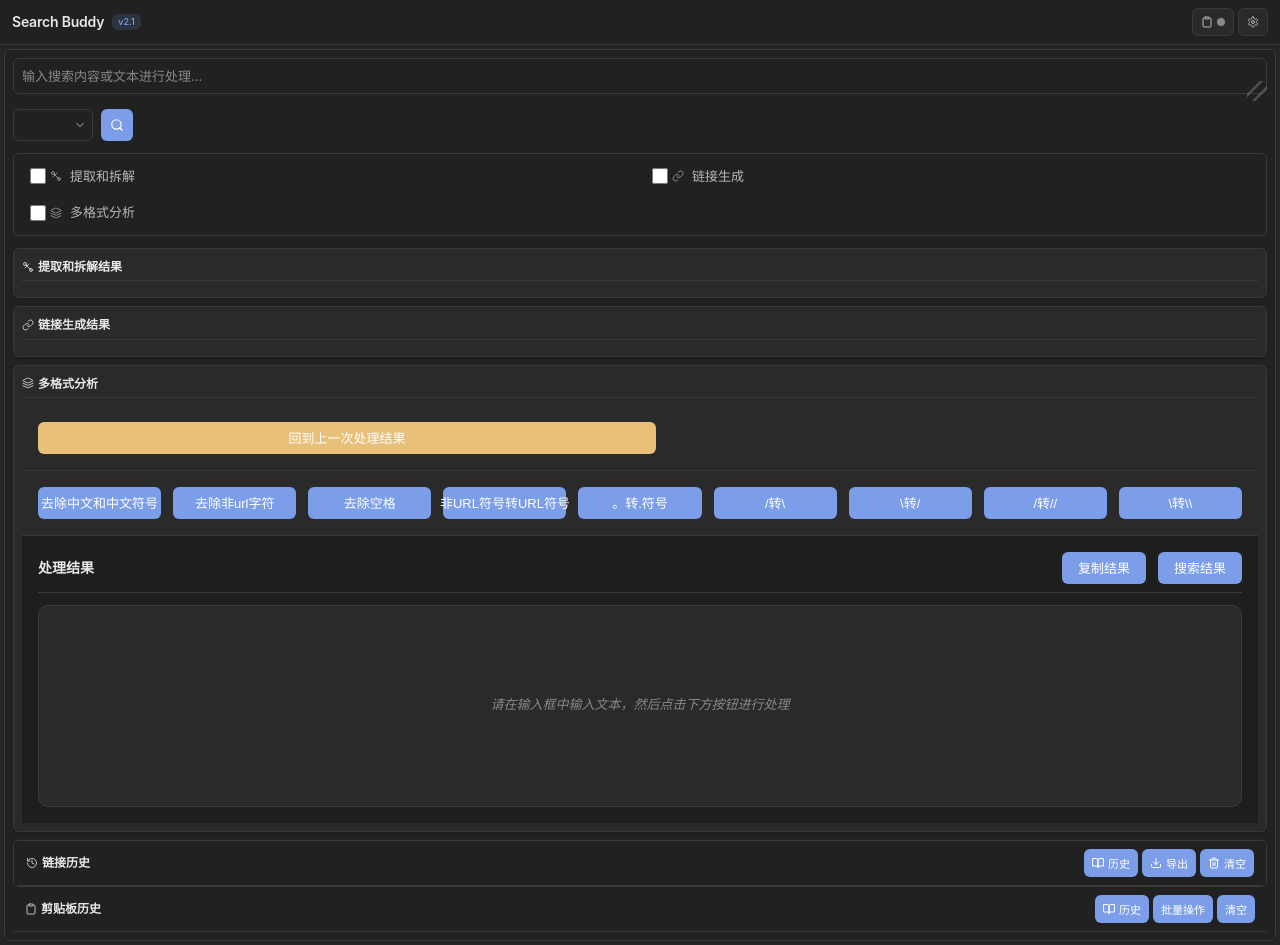
Repository: SantaChains/search-enhance
Page: src/popup/index.html
The author's editor kept a copy of each file at every save. The page is drawn from the files as they stood at one save, then again after the next save.
The browser window is 1280 px wide. The pictures show the whole page.

Above is the page before, as saved 2026-01-24 15:18:17.
Console error: SyntaxError: Identifier 'clearClipboardHistory' has already been declared

### src/popup/index.html
<!DOCTYPE html>
<html lang="zh-CN">
<head>
    <meta charset="UTF-8">
    <meta name="viewport" content="width=device-width, initial-scale=1.0">
    <title>Enhance Search Buddy</title>
    <link rel="stylesheet" href="new-style.css">
</head>
<body>
    <div class="app-container" id="resizable-container">
        <!-- 顶部导航栏 -->
        <header class="header">
            <div class="header-content">
                <h1>Search Buddy</h1>
                <span class="version-badge">v2.1</span>
            </div>
            <div class="header-actions">
                <button id="clipboard-btn" class="header-btn" title="剪贴板监控">
                    <svg xmlns="http://www.w3.org/2000/svg" width="16" height="16" viewBox="0 0 24 24" fill="none" stroke="currentColor" stroke-width="2" stroke-linecap="round" stroke-linejoin="round" class="lucide lucide-clipboard">
                        <rect width="8" height="4" x="8" y="2" rx="1" ry="1"/>
                        <path d="M16 4h2a2 2 0 0 1 2 2v14a2 2 0 0 1-2 2H6a2 2 0 0 1-2-2V6a2 2 0 0 1 2-2h2"/>
                    </svg>
                    <span class="clipboard-status"></span>
                </button>
                <button id="settings-btn" class="header-btn" title="设置">
                    <svg xmlns="http://www.w3.org/2000/svg" width="16" height="16" viewBox="0 0 24 24" fill="none" stroke="currentColor" stroke-width="2" stroke-linecap="round" stroke-linejoin="round" class="lucide lucide-settings">
                        <path d="M12.22 2h-.44a2 2 0 0 0-2 2v.18a2 2 0 0 1-1 1.73l-.43.25a2 2 0 0 1-2 0l-.15-.08a2 2 0 0 0-2.73.73l-.22.38a2 2 0 0 0 .73 2.73l.15.1a2 2 0 0 1 1 1.72v.51a2 2 0 0 1-1 1.74l-.15.09a2 2 0 0 0-.73 2.73l.22.38a2 2 0 0 0 2.73.73l.15-.08a2 2 0 0 1 2 0l.43.25a2 2 0 0 1 1 1.73V20a2 2 0 0 0 2 2h.44a2 2 0 0 0 2-2v-.18a2 2 0 0 1 1-1.73l.43-.25a2 2 0 0 1 2 0l.15.08a2 2 0 0 0 2.73-.73l.22-.39a2 2 0 0 0-.73-2.73l-.15-.08a2 2 0 0 1-1-1.74v-.5a2 2 0 0 1 1-1.74l.15-.09a2 2 0 0 0 .73-2.73l-.22-.38a2 2 0 0 0-2.73-.73l-.15.08a2 2 0 0 1-2 0l-.43-.25a2 2 0 0 1-1-1.73V4a2 2 0 0 0-2-2z"/>
                        <circle cx="12" cy="12" r="3"/>
                    </svg>
                </button>
            </div>
        </header>

        <!-- 主要内容区域 -->
        <main class="main-content">
            <!-- 搜索区域 -->
            <section class="search-section">
                <div class="search-input-container">
                    <textarea id="search-input" placeholder="输入搜索内容或文本进行处理..." rows="1"></textarea>
                    <div class="textarea-resize-handle"></div>
                </div>
                <div class="search-controls" id="search-controls">
                    <div class="engine-section">
                        <select id="engine-select"></select>
                    </div>
                    <button id="search-btn" class="search-btn">
                        <svg xmlns="http://www.w3.org/2000/svg" width="18" height="18" viewBox="0 0 24 24" fill="none" stroke="currentColor" stroke-width="2" stroke-linecap="round" stroke-linejoin="round" class="lucide lucide-search">
                            <circle cx="11" cy="11" r="8"/>
                            <path d="m21 21-4.3-4.3"/>
                        </svg>
                    </button>
                </div>
            </section>

            <!-- 功能开关 -->
            <section class="feature-switches">
                <div class="switch-container" data-switch="extract">
                    <input type="checkbox" id="switch-extract">
                    <label for="switch-extract">
                        <svg xmlns="http://www.w3.org/2000/svg" width="14" height="14" viewBox="0 0 24 24" fill="none" stroke="currentColor" stroke-width="2" stroke-linecap="round" stroke-linejoin="round" class="lucide lucide-scissors">
                            <circle cx="6" cy="6" r="3"/>
                            <circle cx="18" cy="18" r="3"/>
                            <path d="M8.12 8.12 18 18"/>
                            <path d="M8.12 8.12 18 18"/>
                            <path d="m6 14 8.12-8.12"/>
                        </svg>
                        提取和拆解
                    </label>
                </div>
                <div class="switch-container" data-switch="link-gen">
                    <input type="checkbox" id="switch-link-gen">
                    <label for="switch-link-gen">
                        <svg xmlns="http://www.w3.org/2000/svg" width="14" height="14" viewBox="0 0 24 24" fill="none" stroke="currentColor" stroke-width="2" stroke-linecap="round" stroke-linejoin="round" class="lucide lucide-link">
                            <path d="M10 13a5 5 0 0 0 7.54.54l3-3a5 5 0 0 0-7.07-7.07l-1.72 1.71"/>
                            <path d="M14 11a5 5 0 0 0-7.54-.54l-3 3a5 5 0 0 0 7.07 7.07l1.71-1.71"/>
                        </svg>
                        链接生成
                    </label>
                </div>
                <div class="switch-container" data-switch="multi-format">
                    <input type="checkbox" id="switch-multi-format">
                    <label for="switch-multi-format">
                        <svg xmlns="http://www.w3.org/2000/svg" width="14" height="14" viewBox="0 0 24 24" fill="none" stroke="currentColor" stroke-width="2" stroke-linecap="round" stroke-linejoin="round" class="lucide lucide-layers">
                            <path d="m12.83 2.18a2 2 0 0 0-1.66 0L2.6 6.08a1 1 0 0 0 0 1.83l8.58 3.91a2 2 0 0 0 1.66 0l8.58-3.9a1 1 0 0 0 0-1.83Z"/>
                            <path d="m22 12.5-8.58 3.9a2 2 0 0 1-1.66 0L2 12.5"/>
                            <path d="m22 17.5-8.58 3.9a2 2 0 0 1-1.66 0L2 17.5"/>
                        </svg>
                        多格式分析
                    </label>
                </div>
            </section>

            <!-- 提取和拆解功能区域 -->
            <section id="extract-container" class="result-panel">
                <h4>
                    <svg xmlns="http://www.w3.org/2000/svg" width="16" height="16" viewBox="0 0 24 24" fill="none" stroke="currentColor" stroke-width="2" stroke-linecap="round" stroke-linejoin="round" class="lucide lucide-scissors">
                        <circle cx="6" cy="6" r="3"/>
                        <circle cx="18" cy="18" r="3"/>
                        <path d="M8.12 8.12 18 18"/>
                        <path d="M8.12 8.12 18 18"/>
                        <path d="m6 14 8.12-8.12"/>
                    </svg>
                    提取和拆解结果
                </h4>

                <!-- 路径转换工具 -->
                <div id="path-conversion-tool" style="display:none;">
                    <div class="tool-header">
                        <h5>
                            <svg xmlns="http://www.w3.org/2000/svg" width="14" height="14" viewBox="0 0 24 24" fill="none" stroke="currentColor" stroke-width="2" stroke-linecap="round" stroke-linejoin="round" class="lucide lucide-folder">
                                <path d="M4 20h16a2 2 0 0 0 2-2V8a2 2 0 0 0-2-2h-7.93a2 2 0 0 1-1.66-.9l-.82-1.2A2 2 0 0 0 7.93 3H4a2 2 0 0 0-2 2v13c0 1.1.9 2 2 2Z"/>
                            </svg>
                            路径转换
                        </h5>
                        <label>
                            <input type="checkbox" id="path-quote-checkbox">
                            使用引号包裹
                        </label>
                    </div>
                    <div id="path-conversion-result"></div>
                </div>

                <!-- 链接提取结果 -->
                <div id="link-extraction-result" style="display:none;"></div>

                <!-- 文本拆分工具 -->
                <div id="text-splitting-tool" style="display:none;">
                    <div class="split-controls">
                        <select id="split-delimiter-select">
                            <option value="auto" title="智能分析：根据内容类型自动选择最适合的分隔方式，支持列表、代码、包裹内容等复杂场景">智能分析</option>
                            <option value="mixed-sentence" title="中英混合：按语言边界智能拆分，中文部分用中文规则，英文部分用英文规则">中英混合</option>
                            <option value="zh-sentence" title="中文句子：按中文标点（。！？；）拆分句子，长句按逗号、顿号拆分并过滤虚词">中文句子</option>
                            <option value="zh-word" title="中文分词：基于正向最大匹配算法，将中文文本拆分为有意义的词语序列">中文分词</option>
                            <option value="en-sentence" title="英文句子：按句号、感叹号、问号拆分英文句子，长句子会按逗号进一步拆分">英文句子</option>
                            <option value="code-naming" title="代码命名：识别驼峰、蛇形、串式命名法，拆分函数名和变量名为基础语义单元">代码命名</option>
                            <option value="list-items" title="列表项目：提取有序列表（1. 一、 ①）和无序列表（- * •）的内容，自动过滤序号标记">列表项目</option>
                            <option value="wrapped-content" title="包裹内容：提取引号、括号、书名号等包裹符号内的内容，支持中英文标点">包裹内容</option>
                            <option value="space" title="空格分隔：按空格拆分单词，适合英文文本的基础分词">空格分隔</option>
                            <option value="newline" title="换行分隔：按换行符拆分，适合处理多行文本内容">换行分隔</option>
                            <option value="punctuation" title="标点分隔：按中英文标点符号拆分，获取基础文本片段">标点分隔</option>
                            <option value="word" title="单词分隔：按非字母数字字符拆分，提取纯单词内容">单词分隔</option>
                        </select>
                        <div class="multi-rule-container">
                            <label class="multi-rule-label">
                                <input type="checkbox" id="enable-multi-rules">
                                多规则组合
                            </label>
                            <div id="multi-rule-selection" style="display:none;">
                                <div class="rule-checkboxes">
                                    <label><input type="checkbox" value="list-items"> 列表项目</label>
                                    <label><input type="checkbox" value="code-naming"> 代码命名</label>
                                    <label><input type="checkbox" value="wrapped-content"> 包裹内容</label>
                                    <label><input type="checkbox" value="mixed-sentence"> 中英混合</label>
                                </div>
                            </div>
                        </div>
                        <button id="refresh-split-btn">
                            <svg xmlns="http://www.w3.org/2000/svg" width="14" height="14" viewBox="0 0 24 24" fill="none" stroke="currentColor" stroke-width="2" stroke-linecap="round" stroke-linejoin="round" class="lucide lucide-refresh-cw">
                                <path d="M3 12a9 9 0 0 1 9-9 9.75 9.75 0 0 1 6.74 2.74L21 8"/>
                                <path d="M21 3v5h-5"/>
                                <path d="M21 12a9 9 0 0 1-9 9 9.75 9.75 0 0 1-6.74-2.74L3 16"/>
                                <path d="M3 21v-5h5"/>
                            </svg>
                            刷新拆分
                        </button>
                    </div>
                    <div class="copy-options">
                        <label><input type="checkbox" id="select-all-checkbox"> 全选</label>
                        <label><input type="checkbox" id="copy-opt-space"> 空格分隔</label>
                        <label><input type="checkbox" id="copy-opt-newline"> 换行分隔</label>
                        <label><input type="checkbox" id="copy-opt-tab"> 制表符分隔</label>
                    </div>
                    <div id="split-output-container"></div>
                    <button id="copy-selected-btn">
                        <svg xmlns="http://www.w3.org/2000/svg" width="14" height="14" viewBox="0 0 24 24" fill="none" stroke="currentColor" stroke-width="2" stroke-linecap="round" stroke-linejoin="round" class="lucide lucide-copy">
                            <rect width="14" height="14" x="8" y="8" rx="2" ry="2"/>
                            <path d="M4 16c-1.1 0-2-.9-2-2V4c0-1.1.9-2 2-2h10c1.1 0 2 .9 2 2"/>
                        </svg>
                        复制选中项
                    </button>
                </div>
            </section>

            <!-- 链接生成功能区域 -->
            <section id="link-gen-container" class="result-panel">
                <h4>
                    <svg xmlns="http://www.w3.org/2000/svg" width="16" height="16" viewBox="0 0 24 24" fill="none" stroke="currentColor" stroke-width="2" stroke-linecap="round" stroke-linejoin="round" class="lucide lucide-link">
                        <path d="M10 13a5 5 0 0 0 7.54.54l3-3a5 5 0 0 0-7.07-7.07l-1.72 1.71"/>
                        <path d="M14 11a5 5 0 0 0-7.54-.54l-3 3a5 5 0 0 0 7.07 7.07l1.71-1.71"/>
                    </svg>
                    链接生成结果
                </h4>
                <div id="link-gen-result"></div>
            </section>

            <!-- 多格式分析功能区域 -->
            <section id="multi-format-container" class="result-panel">
                <h4>
                    <svg xmlns="http://www.w3.org/2000/svg" width="16" height="16" viewBox="0 0 24 24" fill="none" stroke="currentColor" stroke-width="2" stroke-linecap="round" stroke-linejoin="round" class="lucide lucide-layers">
                        <path d="m12.83 2.18a2 2 0 0 0-1.66 0L2.6 6.08a1 1 0 0 0 0 1.83l8.58 3.91a2 2 0 0 0 1.66 0l8.58-3.9a1 1 0 0 0 0-1.83Z"/>
                        <path d="m22 12.5-8.58 3.9a2 2 0 0 1-1.66 0L2 12.5"/>
                        <path d="m22 17.5-8.58 3.9a2 2 0 0 1-1.66 0L2 17.5"/>
                    </svg>
                    多格式分析
                </h4>
                <div class="multi-format-controls">
                    <button class="format-btn" id="back-to-previous">回到上一次处理结果</button>
                </div>
                <div class="multi-format-buttons">
                    <button class="format-btn" data-action="remove-chinese">去除中文和中文符号</button>
                    <button class="format-btn" data-action="remove-non-url-chars">去除非url字符</button>
                    <button class="format-btn" data-action="remove-spaces">去除空格</button>
                    <button class="format-btn" data-action="convert-to-url-chars">非URL符号转URL符号</button>
                    <button class="format-btn" data-action="convert-period">。转.符号</button>
                    <button class="format-btn" data-action="convert-slash-to-backslash">/转\</button>
                    <button class="format-btn" data-action="convert-backslash-to-slash">\转/</button>
                    <button class="format-btn" data-action="convert-slash-to-double">/转//</button>
                    <button class="format-btn" data-action="convert-backslash-to-double">\转\\</button>
                </div>
                <div class="processing-result">
                    <div class="result-header">
                        <span>处理结果</span>
                        <div class="result-actions">
                            <button class="result-btn" id="copy-result-btn">复制结果</button>
                            <button class="result-btn" id="search-result-btn">搜索结果</button>
                        </div>
                    </div>
                    <div class="result-content" id="multi-format-result">
                        <div class="original-text" id="original-text">请在输入框中输入文本，然后点击下方按钮进行处理</div>
                    </div>
                </div>
            </section>

            <!-- 链接历史区域 -->
            <section class="history-section">
                <div class="section-header">
                    <h3>
                        <svg xmlns="http://www.w3.org/2000/svg" width="16" height="16" viewBox="0 0 24 24" fill="none" stroke="currentColor" stroke-width="2" stroke-linecap="round" stroke-linejoin="round" class="lucide lucide-history">
                            <path d="M3 12a9 9 0 1 0 9-9 9.75 9.75 0 0 0-6.74 2.74L3 8"/>
                            <path d="M3 3v5h5"/>
                            <path d="M12 7v5l4 2"/>
                        </svg>
                        链接历史
                    </h3>
                    <div class="history-controls">
                        <button id="show-history-btn" class="btn-sm">
                            <svg xmlns="http://www.w3.org/2000/svg" width="14" height="14" viewBox="0 0 24 24" fill="none" stroke="currentColor" stroke-width="2" stroke-linecap="round" stroke-linejoin="round" class="lucide lucide-book-open">
                                <path d="M2 3h6a4 4 0 0 1 4 4v14a3 3 0 0 0-3-3H2z"/>
                                <path d="M22 3h-6a4 4 0 0 0-4 4v14a3 3 0 0 1 3-3h7z"/>
                            </svg>
                            历史
                        </button>
                        <button id="export-history-btn" class="btn-sm">
                            <svg xmlns="http://www.w3.org/2000/svg" width="14" height="14" viewBox="0 0 24 24" fill="none" stroke="currentColor" stroke-width="2" stroke-linecap="round" stroke-linejoin="round" class="lucide lucide-download">
                                <path d="M21 15v4a2 2 0 0 1-2 2H5a2 2 0 0 1-2-2v-4"/>
                                <polyline points="7 10 12 15 17 10"/>
                                <line x1="12" x2="12" y1="15" y2="3"/>
                            </svg>
                            导出
                        </button>
                        <button id="clear-history-btn" class="btn-sm">
                            <svg xmlns="http://www.w3.org/2000/svg" width="14" height="14" viewBox="0 0 24 24" fill="none" stroke="currentColor" stroke-width="2" stroke-linecap="round" stroke-linejoin="round" class="lucide lucide-trash-2">
                                <path d="M3 6h18"/>
                                <path d="M19 6v14c0 1-1 2-2 2H7c-1 0-2-1-2-2V6"/>
                                <path d="M8 6V4c0-1 1-2 2-2h4c1 0 2 1 2 2v2"/>
                                <line x1="10" x2="10" y1="11" y2="17"/>
                                <line x1="14" x2="14" y1="11" y2="17"/>
                            </svg>
                            清空
                        </button>
                    </div>
                </div>
                <div id="history-container" style="display:none;">
                    <div class="history-filter">
                        <input type="text" id="history-search" placeholder="搜索历史..." />
                        <div class="filter-tabs">
                            <button class="filter-tab active" data-filter="all">全部</button>
                            <button class="filter-tab" data-filter="github">GitHub</button>
                            <button class="filter-tab" data-filter="other">其他</button>
                        </div>
                    </div>
                    <div id="history-list"></div>
                </div>
            </section>

            <!-- 剪贴板历史区域 -->
            <section class="clipboard-section">
                <div class="section-header">
                    <h3>
                        <svg xmlns="http://www.w3.org/2000/svg" width="16" height="16" viewBox="0 0 24 24" fill="none" stroke="currentColor" stroke-width="2" stroke-linecap="round" stroke-linejoin="round" class="lucide lucide-clipboard">
                            <rect width="8" height="4" x="8" y="2" rx="1" ry="1"/>
                            <path d="M16 4h2a2 2 0 0 1 2 2v14a2 2 0 0 1-2 2H6a2 2 0 0 1-2-2V6a2 2 0 0 1 2-2h2"/>
                        </svg>
                        剪贴板历史
                    </h3>
                    <div class="clipboard-controls">
                        <button id="show-clipboard-history-btn" class="btn-sm">
                            <svg xmlns="http://www.w3.org/2000/svg" width="14" height="14" viewBox="0 0 24 24" fill="none" stroke="currentColor" stroke-width="2" stroke-linecap="round" stroke-linejoin="round" class="lucide lucide-book-open">
                                <path d="M2 3h6a4 4 0 0 1 4 4v14a3 3 0 0 0-3-3H2z"/>
                                <path d="M22 3h-6a4 4 0 0 0-4 4v14a3 3 0 0 1 3-3h7z"/>
                            </svg>
                            历史
                        </button>
                        <button id="batch-operations-btn" class="btn-sm">批量操作</button>
                        <button id="clear-clipboard-history-btn" class="btn-sm">清空</button>
                        <!-- 批量操作工具栏 -->
                        <div class="batch-toolbar" style="display:none;">
                            <button id="select-all-clipboard-btn" class="btn-sm">全选</button>
                            <button id="delete-selected-clipboard-btn" class="btn-sm">删除</button>
                            <button id="copy-selected-clipboard-btn" class="btn-sm">复制</button>
                        </div>
                    </div>
                </div>
                <div id="clipboard-history-container" style="display:none;">
                    <div id="clipboard-history-list"></div>
                </div>
            </section>
        </main>
    </div>

    <script src="main.js" type="module"></script>
</body>
</html>

Loaded but not shown: src/popup/main.js (1855 lines, source omitted); src/popup/new-style.css (1645 lines, source omitted)

After the next save:
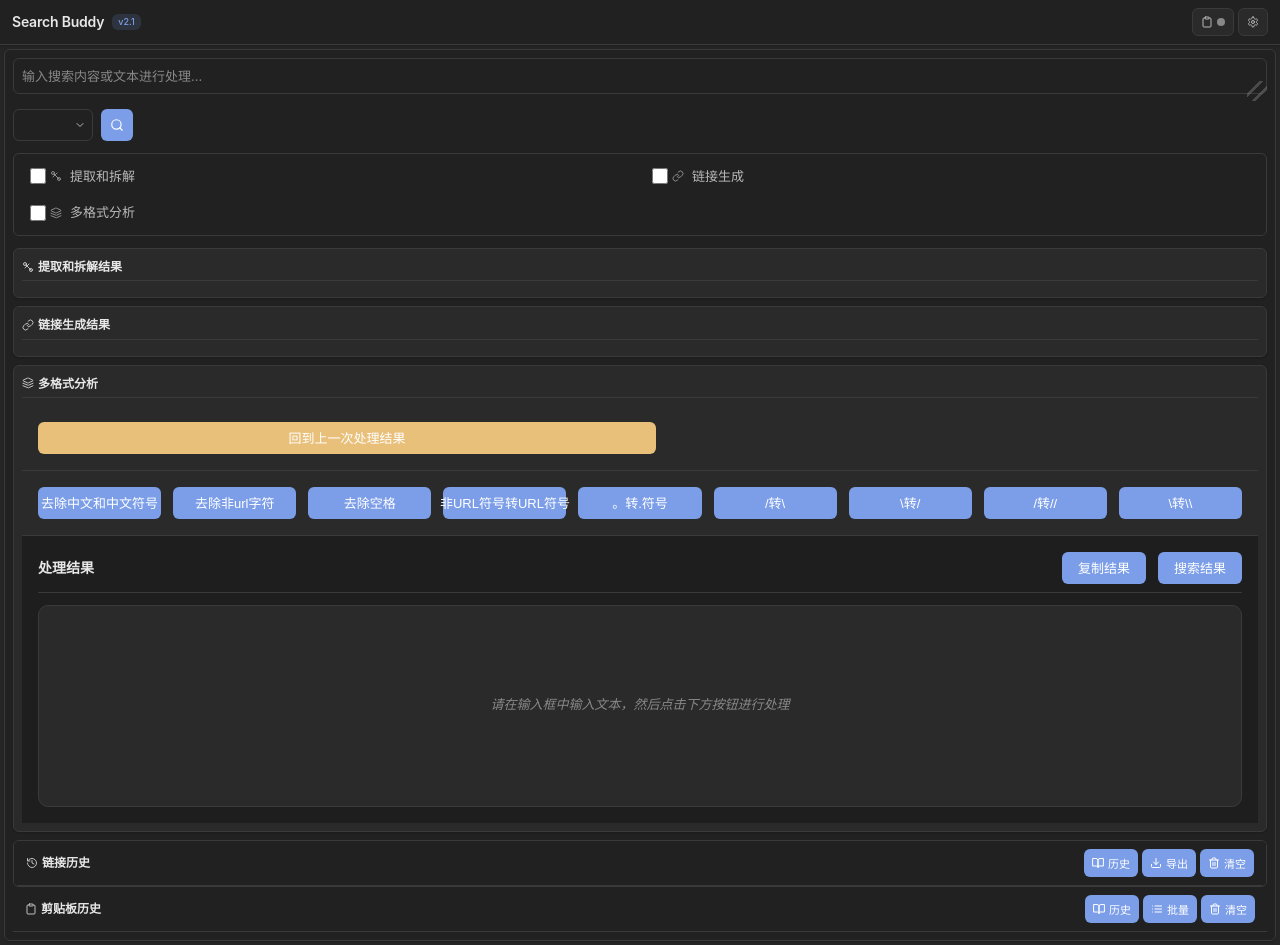
Saved 109 s later.
--- a/src/popup/index.html
+++ b/src/popup/index.html
@@ -301,8 +301,27 @@
                             </svg>
                             历史
                         </button>
-                        <button id="batch-operations-btn" class="btn-sm">批量操作</button>
-                        <button id="clear-clipboard-history-btn" class="btn-sm">清空</button>
+                        <button id="batch-operations-btn" class="btn-sm">
+                            <svg xmlns="http://www.w3.org/2000/svg" width="14" height="14" viewBox="0 0 24 24" fill="none" stroke="currentColor" stroke-width="2" stroke-linecap="round" stroke-linejoin="round" class="lucide lucide-list">
+                                <line x1="8" x2="21" y1="6" y2="6"/>
+                                <line x1="8" x2="21" y1="12" y2="12"/>
+                                <line x1="8" x2="21" y1="18" y2="18"/>
+                                <line x1="3" x2="3.01" y1="6" y2="6"/>
+                                <line x1="3" x2="3.01" y1="12" y2="12"/>
+                                <line x1="3" x2="3.01" y1="18" y2="18"/>
+                            </svg>
+                            批量
+                        </button>
+                        <button id="clear-clipboard-history-btn" class="btn-sm">
+                            <svg xmlns="http://www.w3.org/2000/svg" width="14" height="14" viewBox="0 0 24 24" fill="none" stroke="currentColor" stroke-width="2" stroke-linecap="round" stroke-linejoin="round" class="lucide lucide-trash-2">
+                                <path d="M3 6h18"/>
+                                <path d="M19 6v14c0 1-1 2-2 2H7c-1 0-2-1-2-2V6"/>
+                                <path d="M8 6V4c0-1 1-2 2-2h4c1 0 2 1 2 2v2"/>
+                                <line x1="10" x2="10" y1="11" y2="17"/>
+                                <line x1="14" x2="14" y1="11" y2="17"/>
+                            </svg>
+                            清空
+                        </button>
                         <!-- 批量操作工具栏 -->
                         <div class="batch-toolbar" style="display:none;">
                             <button id="select-all-clipboard-btn" class="btn-sm">全选</button>
